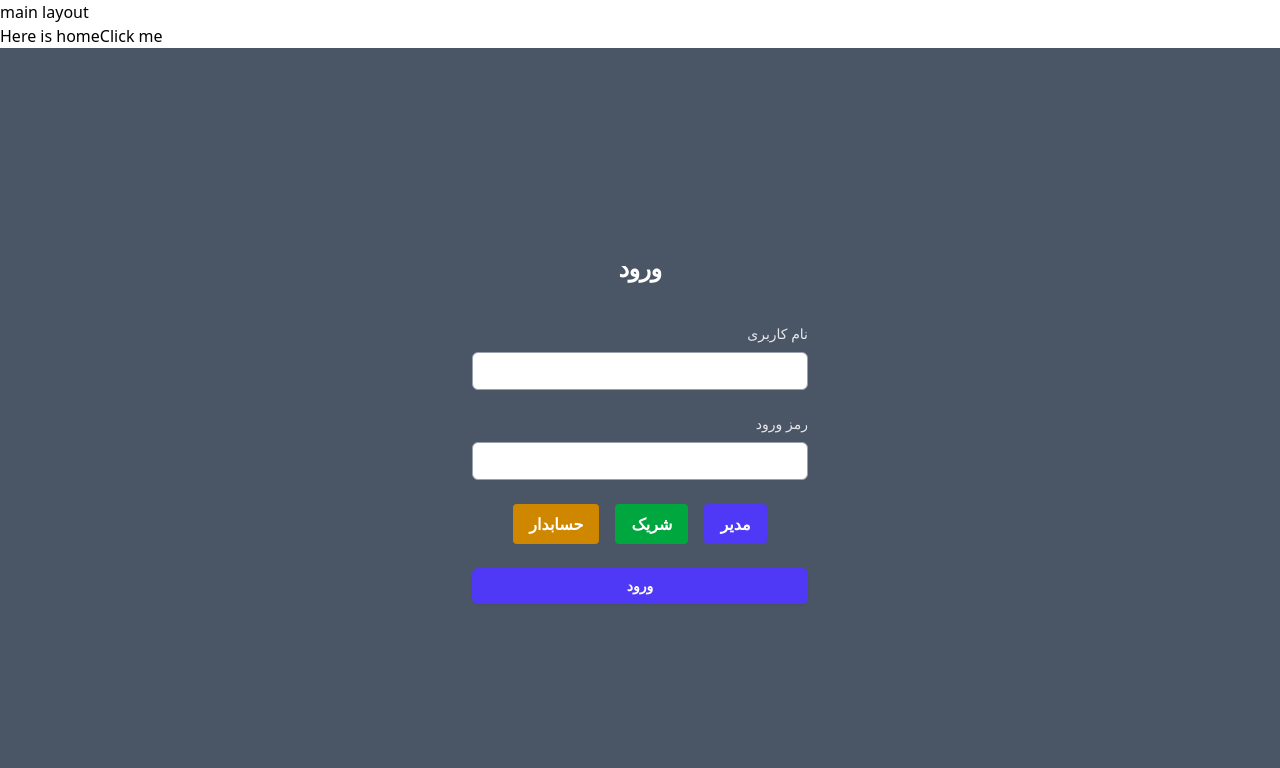
Repository: fuad303/karokhy-frontend
Page: /
These files come from the project's save history. The page is drawn as it stood at one moment and after the next save; the edit follows.
The browser window is 1280 px wide. The pictures show the whole page.
The project was rebuilt for these pictures with package versions that can differ from the ones it lists, and the page was loaded fresh each time. Also part of the build but not shown: vite.config.ts, src/layouts/AuthLayout.tsx.

Above is the page before, as saved 2025-12-08 12:52:07.

After the next save:
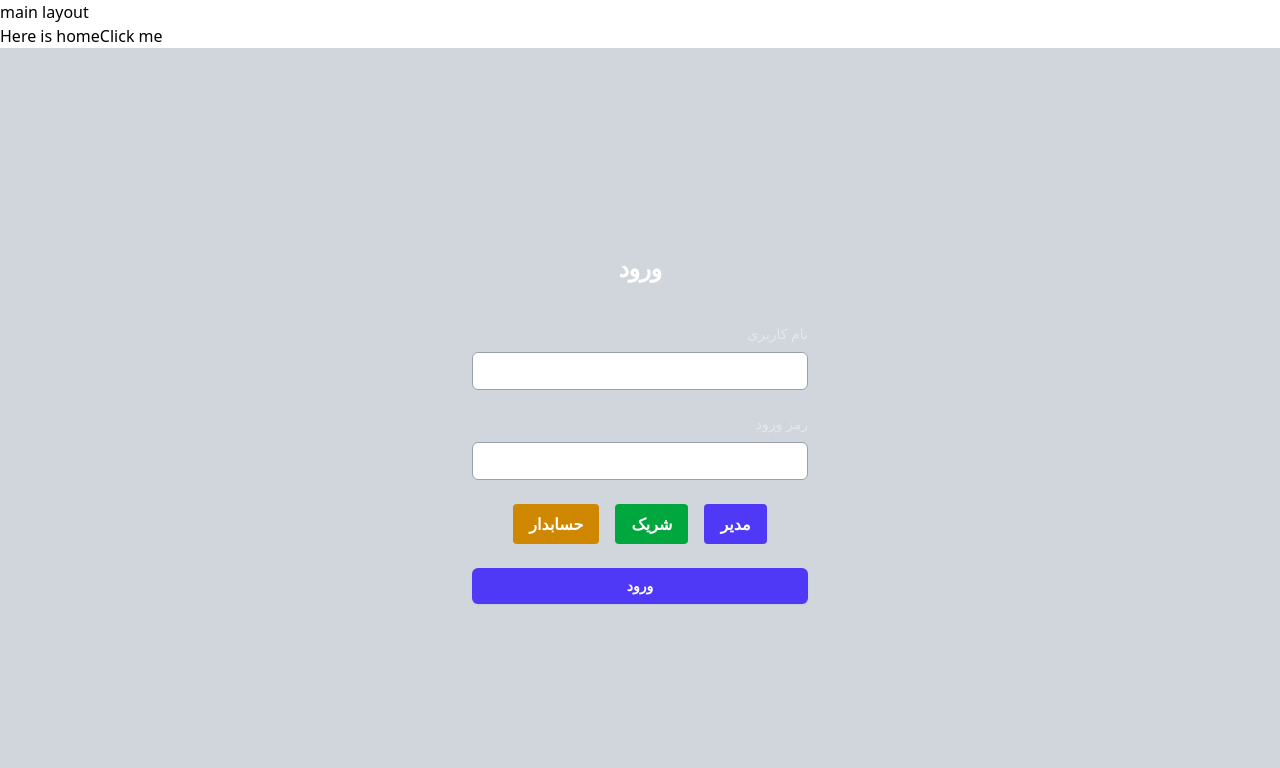
Saved 26 s later.
--- a/src/components/LoginPage.tsx
+++ b/src/components/LoginPage.tsx
@@ -3,7 +3,7 @@ import React from "react";
 function LoginPage() {
   return (
     <div
-      className="min-h-screen bg-gray-600 flex items-center justify-center"
+      className="min-h-screen bg-gray-300 flex items-center justify-center"
       dir="rtl"
     >
       <div className="flex flex-col justify-center px-6 py-12 sm:w-full sm:max-w-sm">
